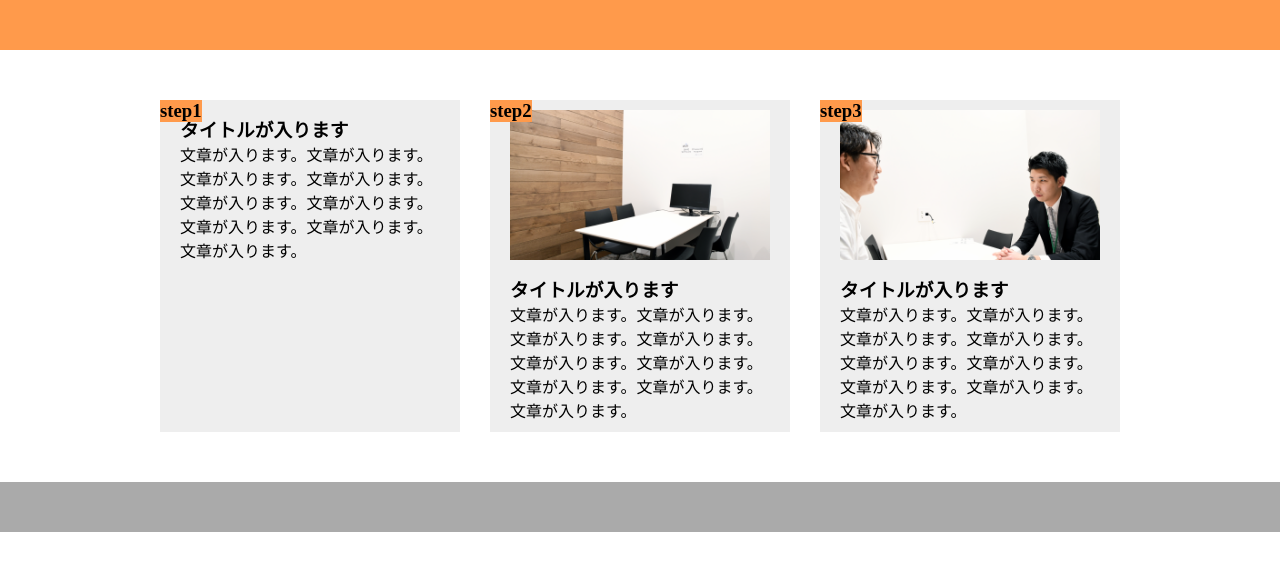
Repository: CarAll02/git-practice
Page: chapter9_exercise/index.html
The author's editor kept a record of every edit. The page is drawn from the files as they stood at one moment, then again after the next edit.
The browser window is 1280 px wide. The pictures show the whole page.

Above is the page before.

### chapter9_exercise/index.html
<!DOCTYPE html>
<html lang="ja">
  <head>
    <meta charset="UTF-8"/>
    <link rel="stylesheet" href="style.css"/>
    <title>chapter9_exercise</title>
  </head>

  <body>
    <header></header>

    <main>
      <div class="box">
        <h3 class="step">step1</h3>
        <div class="box-in-box">
          <section>
            <h3 class="title">タイトルが入ります</h3>
            <p class="text">文章が入ります。文章が入ります。文章が入ります。文章が入ります。文章が入ります。文章が入ります。文章が入ります。文章が入ります。文章が入ります。</p>
          </section>
        </div>
      </div>
      <div class="box">
        <h3 class="step">step2</h3>
        <div class="box-in-box">
          <div class="picture flow02"></div>
          <section>
            <h3 class="title">タイトルが入ります</h3>
            <p class="text">文章が入ります。文章が入ります。文章が入ります。文章が入ります。文章が入ります。文章が入ります。文章が入ります。文章が入ります。文章が入ります。</p>
          </section>
        </div>
      </div>
      <div class="box">
        <h3 class="step">step3</h3>
        <div class="box-in-box">
          <div class="picture flow03"></div>
          <section>
            <h3 class="title">タイトルが入ります</h3>
            <p class="text">文章が入ります。文章が入ります。文章が入ります。文章が入ります。文章が入ります。文章が入ります。文章が入ります。文章が入ります。文章が入ります。</p>
          </section>
        </div>
      </div>
    </main>

    <footer></footer>
  </body>

</html>

### chapter9_exercise/style.css
*{
  margin:0;
  padding:0;
  box-sizing:border-box;
}

header{
  height:50px;
  background-color:#FF9A4B;
}

main{
  display:flex;
  justify-content:center;
  margin:50px 0;
}

.box{
  width:300px;
  background-color:#EEEEEE;
  margin-left: 30px;
  position:relative;
}

.box:first-child{
  margin-left:0;
}

.box-in-box{
  margin:10px;
}

.step{
  position:absolute;
  top:0;
  left:0;
  background-color: #FF9A4B;
}

.picture{
  height:150px;
  background-size:cover;
  background-position:center;
  margin:10px;
}

.flow01{
  background-image:url(img/flow01.png);
}

.flow02{
  background-image:url(img/flow02.png);
}

.flow03{
  background-image:url(img/flow03.png);
}

section{
  margin:15px 10px 10px 10px;
}

footer{
  height:50px;
  background-color:#AAAAAA;
}

After the next edit:
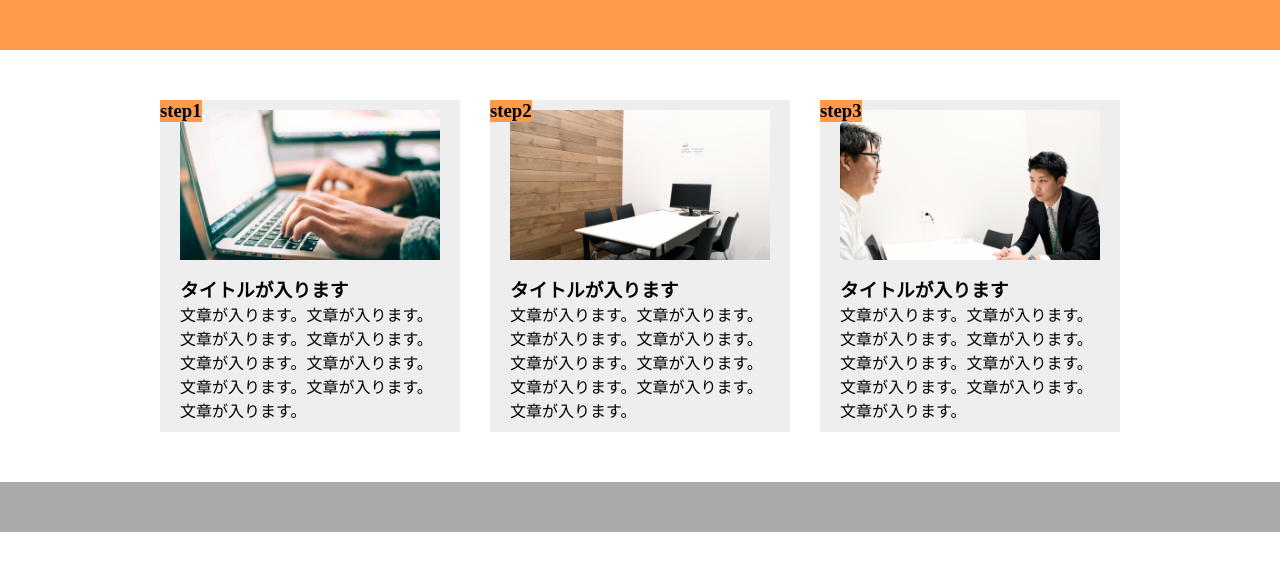
The edit:
--- a/chapter9_exercise/index.html
+++ b/chapter9_exercise/index.html
@@ -12,7 +12,8 @@
     <main>
       <div class="box">
         <h3 class="step">step1</h3>
-        <div class="box-in-box">
+        <div class="box-in-box"><!--余白の為に作ったdivだけど回答では使っていない-->
+          <div class="picture flow01"></div>
           <section>
             <h3 class="title">タイトルが入ります</h3>
             <p class="text">文章が入ります。文章が入ります。文章が入ります。文章が入ります。文章が入ります。文章が入ります。文章が入ります。文章が入ります。文章が入ります。</p>
